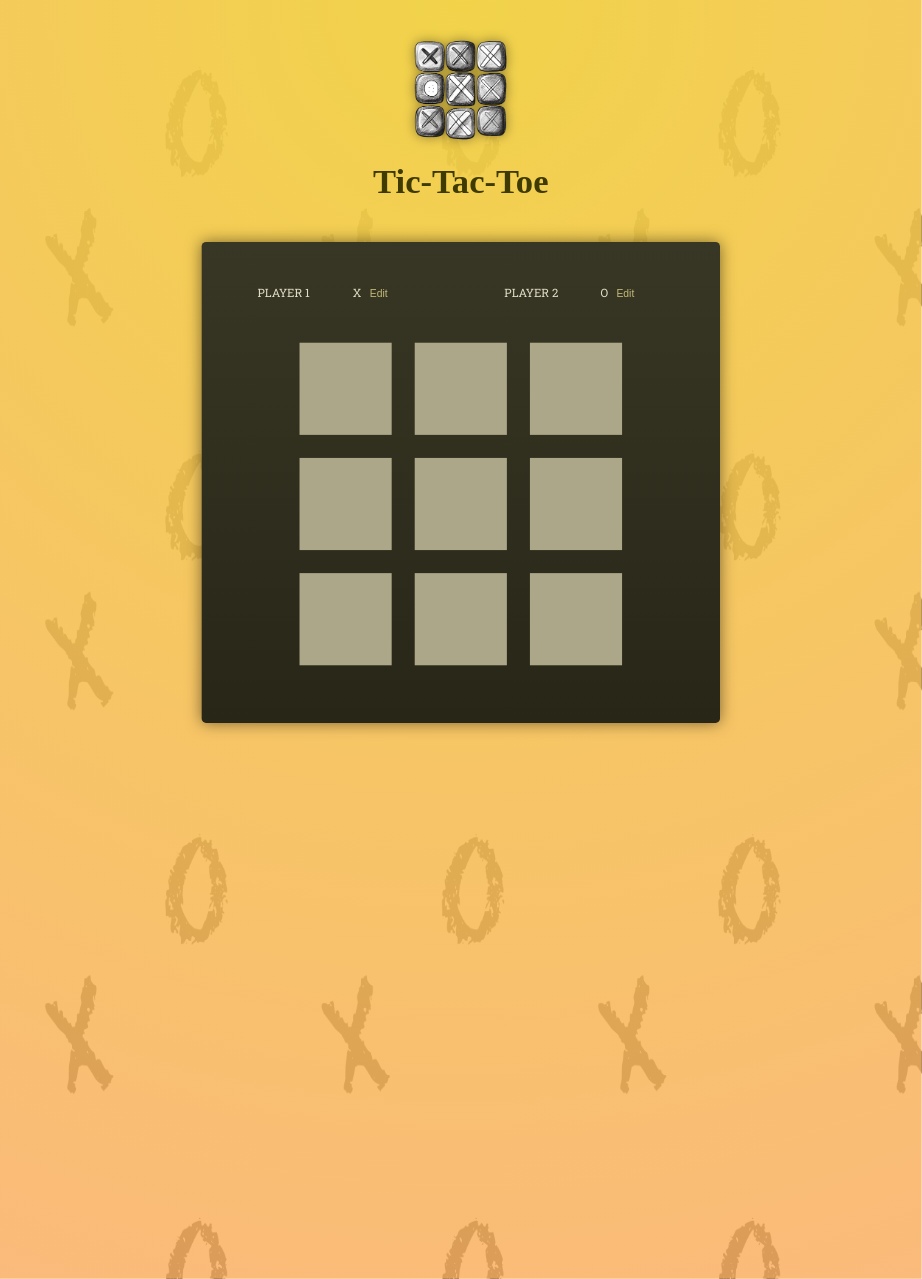
Repository: nithilprasathk/tic-tac-toe
Page: /
The author's editor kept a copy of each file at every save. The page is drawn from the files as they stood at one save, then again after a run of saves.
The browser window is 1280 px wide. The pictures show the whole page, at 72% of full size.
Some web fonts or font styles are not loaded; a fallback is used. The project was rebuilt for these pictures with package versions that can differ from the ones it lists, and the page was loaded fresh each time. Also part of the build but not shown: vite.config.js.

Above is the page before, as saved 2024-02-02 20:04:46.

### index.html
<!DOCTYPE html>
<html lang="en">
  <head>
    <meta charset="UTF-8" />
    <link rel="icon" type="image/svg+xml" href="/game-logo.png" />
    <meta name="viewport" content="width=device-width, initial-scale=1.0" />
    <title>React Tic-Tac-Toe</title>
  </head>
  <body>
    <header>
      <img src="game-logo.png" alt="Tic tac toe game board">
      <h1>Tic-Tac-Toe</h1>
    </header>
    <div id="root"></div>
    <script type="module" src="/src/index.jsx"></script>
  </body>
</html>

### src/App.jsx
import { useState } from "react";
import Player from "./components/Player";
import GameBoard from "./components/GameBoard";
function App() {
  const [activePlayer,setActivePlayer] = useState('X');
  function selectActivePlayer(){
    setActivePlayer((currentPlayer)=> currentPlayer==='X' ? 'O':'X');
  }
  return (
    <main>
      <div id="game-container">
        <ol id="players" className="highlight-player">
          <Player intialName="Player 1" symbol="X" />
          <Player intialName="Player 2" symbol="O" />

        </ol>
        <GameBoard onSelectSquare={selectActivePlayer}/>
      </div>
    </main>
  );
}

export default App;

### src/components/Player.jsx
import { useState } from "react";
export default function Player({ intialName, symbol,isActive }) {
  const [playerName,setName] = useState(intialName);
  const [isEditing, setEditing] = useState(false);
  function handleEdit() {
    setEditing((editing)=>!editing);
  }
  function handleChange(event){
    setName(event.target.value);
  }
  let editablePlayerName = <span className="player-name">{playerName}</span>;
  if (isEditing) editablePlayerName = <input type="text" required value={playerName} onChange={handleChange}></input>;
  return (
    <li className={isActive ? "active" : undefined}>
      <span className="players">
        {editablePlayerName}
        <span className="player-symbol">{symbol}</span>
      </span>
      <button onClick={handleEdit}>{isEditing ? "Save" : "Edit"}</button>
    </li>
  );
}

### src/components/GameBoard.jsx
import { useState } from "react";

const initialGameBoard = [
  [null, null, null],
  [null, null, null],
  [null, null, null],
];
export default function GameBoard({onSelectSquare}) {
  const [gameBoard, setGameBoard] = useState(initialGameBoard);
  function handleSelect(rowIndex, colIndex) {
    setGameBoard((preGameBoard) => {
      const updateBoard = [...preGameBoard].map((innerArray) => [
        ...innerArray,
      ]);

      updateBoard[rowIndex][colIndex] = "X";
      return updateBoard;
    });
    onSelectSquare();
  }
  return (
    <ol id="game-board">
      {gameBoard.map((row, rowIndex) => (
        <li key={rowIndex}>
          <ol>
            {row.map((playerSymbol, colIndex) => (
              <li key={colIndex}>
                <button onClick={() => handleSelect(rowIndex, colIndex)}>
                  {playerSymbol}
                </button>
              </li>
            ))}
          </ol>
        </li>
      ))}
    </ol>
  );
}

Loaded but not shown: src/index.jsx (common file); src/index.css (common file)

After the next 4 saves:
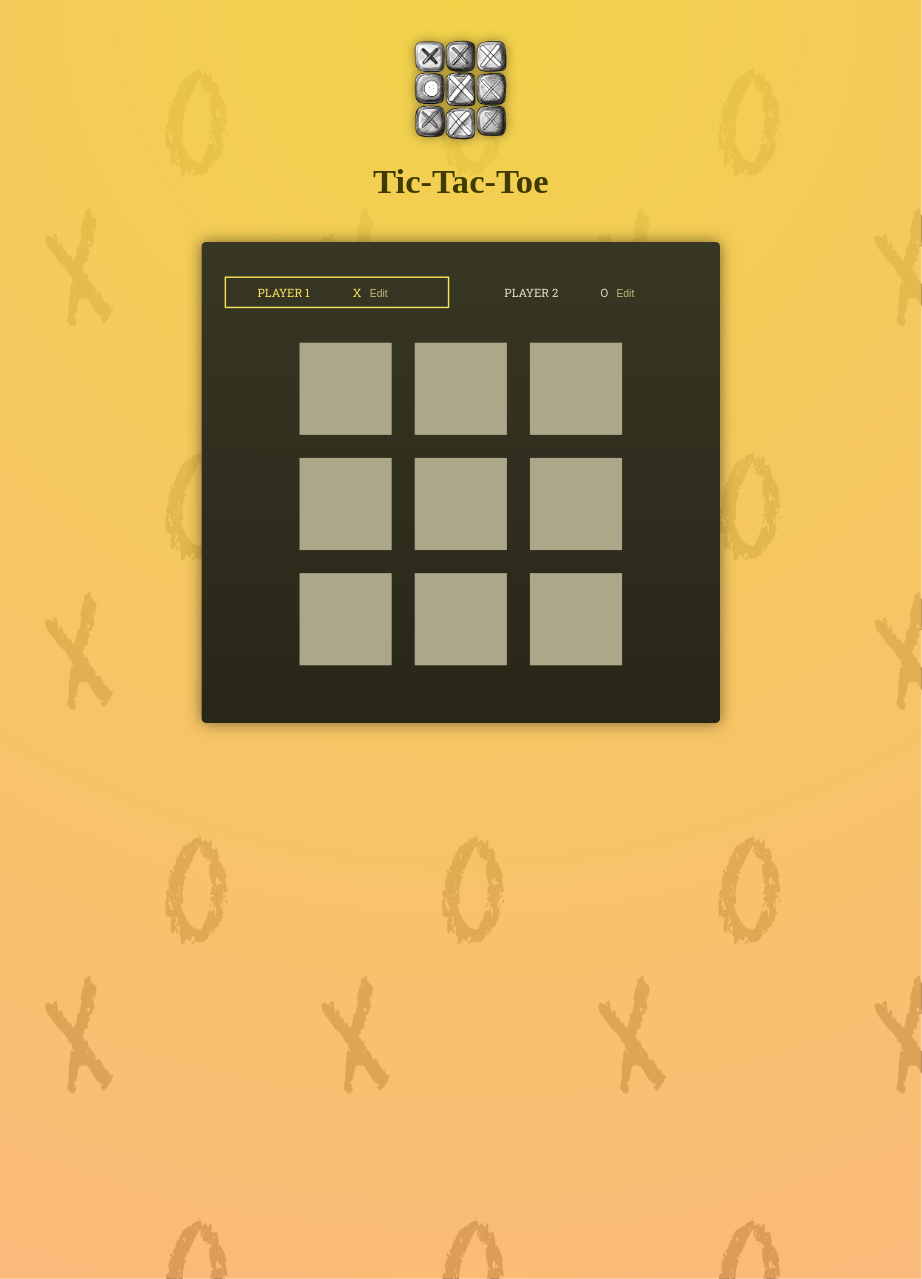
The 4 saves are shown as one change because 1 did not build or start and some came seconds apart.
The last was saved 53 s later.
--- a/src/App.jsx
+++ b/src/App.jsx
@@ -10,7 +10,7 @@ function App() {
     <main>
       <div id="game-container">
         <ol id="players" className="highlight-player">
-          <Player intialName="Player 1" symbol="X" />
+          <Player intialName="Player 1" symbol="X" isActive={activePlayer==='X'}/>
           <Player intialName="Player 2" symbol="O" />
 
         </ol>
